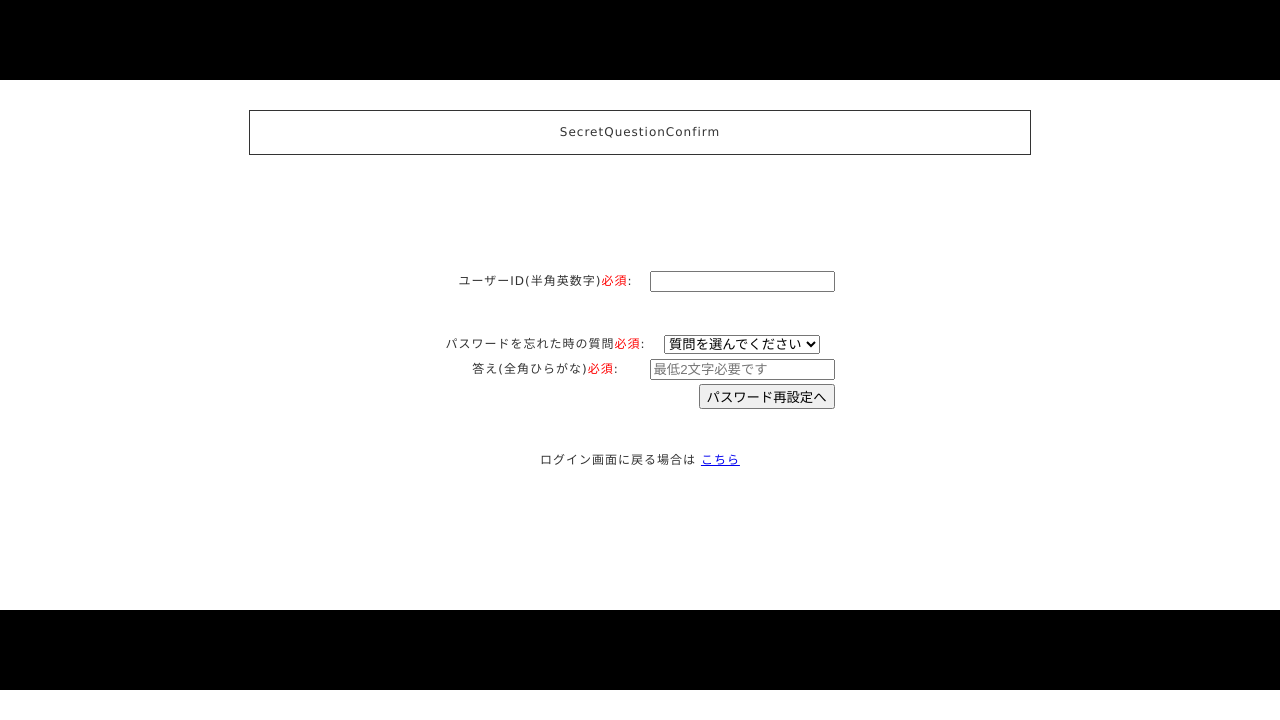
Repository: y321sudo/test2
Page: http://localhost/Yukazon/secretQuestionConfirm.jsp
The author's editor kept a copy of each file at every save. The page is drawn from the files as they stood at one save, then again after the next save.
The browser window is 1280 px wide. The pictures show the whole page.
The page is served by Tomcat 9. Other server files are loaded and not shown.

Above is the page before, as saved 2018-02-23 06:42:27.

### Yukazon/WebContent/secretQuestionConfirm.jsp
<%@ page language="java" contentType="text/html; charset=UTF-8" pageEncoding="UTF-8"%>
<%@ taglib prefix="s" uri="/struts-tags"%>
<!DOCTYPE html>
<html>
<head>
	<meta http-equiv="Content-Type" content="text/html; charset=utf-8" />
	<meta http-equiv="Content-Style-Type" content="text/css" />
	<meta http-equiv="Content-Script-Type" content="text/javascript" />
	<meta http-equiv="imagetoolbar" content="no" />
	<meta name="description" content="" />
	<meta name="keywords" content="" />

	<title>パスワードを忘れた時の質問画面</title>
	<style type="text/css">
/* ========TAG LAYOUT======== */
	body {
		margin:0;
		padding:0;
		line-height:1.6;
		letter-spacing:1px;
		font-family:Verdana, Helvetica, sans-serif;
		font-size:12px;
		color:#333;
		background:#fff;
	}
	table {
		text-align:center;
		margin:0 auto;
	}
/* ========ID LAYOUT======== */
	#top {
		width:780px;
		margin:30px auto;
		border:1px solid #333;
	}
	#header {
		width: 100%;
		height: 80px;
		background-color: black;
	}
	#main {
		width: 100%;
		height: 500px;
		text-align: center;
	}
	#footer {
		width: 100%;
		height: 80px;
		background-color: black;
		clear:both;
	}
	</style>
</head>


<body>
	<div id="header">
		<div id="pr">
		</div>
	</div>
	<div id="main">
		<div id="top">
		<p>SecretQuestionConfirm</p>
		</div>
		<div>
			<!-- PasswordSettingActionのErrorMassageが表示される -->
			<s:if test="errorMassage != ''">
				<font color="red" size="3px"><s:property value="errorMassage" escape="false" /></font>
			</s:if>
			<br><br>
			<table>
			<!-- "パスワード再設定画面へ"ボタンを押すと"PasswordSettingAction"へ -->
			<s:form action="PasswordSettingAction">
				<tr>
					<td>
						<label>ユーザーID(半角英数字)<font color="red">必須</font>:</label>
					</td>
					<td>
						<input type="text" name="loginUserId" pattern="^[0-9A-Za-z]+$" title="半角英数字でご入力ください。" required />
					</td>
				</tr>
				<tr>
					<td>
						<label><br><br>パスワードを忘れた時の質問<font color="red">必須</font>:</label>
					</td>
					<td><br><br>
						<select name="secretQuestion">
							<option value="質問を選んでください" selected="selected">質問を選んでください</option>
							<option value="好きな食べ物は？">好きな食べ物は？</option>
							<option value="小学校の名前は？">小学校の名前は？</option>
							<option value="母親の旧姓は？">母親の旧姓は？</option>
						</select>
					</td>
				</tr>
				<tr>
					<td>
						<label>答え(全角ひらがな)<font color="red">必須</font>:</label>
					</td>
					<td>
						<!-- 答えの入力制限:全角ひらがな2文字以上、入力必須項目 -->
						<input type="text" name="secretAnswer" placeholder="最低2文字必要です" pattern="^[ぁ-ん]+$" title="全角ひらがな2文字以上でご入力ください。" required />
					</td>
				</tr>
					<br><br><s:submit value="パスワード再設定へ"/>
			</s:form>
			</table>
			<br><br>
			<div>
				<span>ログイン画面に戻る場合は</span>
				<a href="http://localhost:8080/Yukazon/home.jsp">こちら</a>
			</div>
		</div>
	</div>
	<div id="footer">
	</div>
</body>
</html>

After the next save:
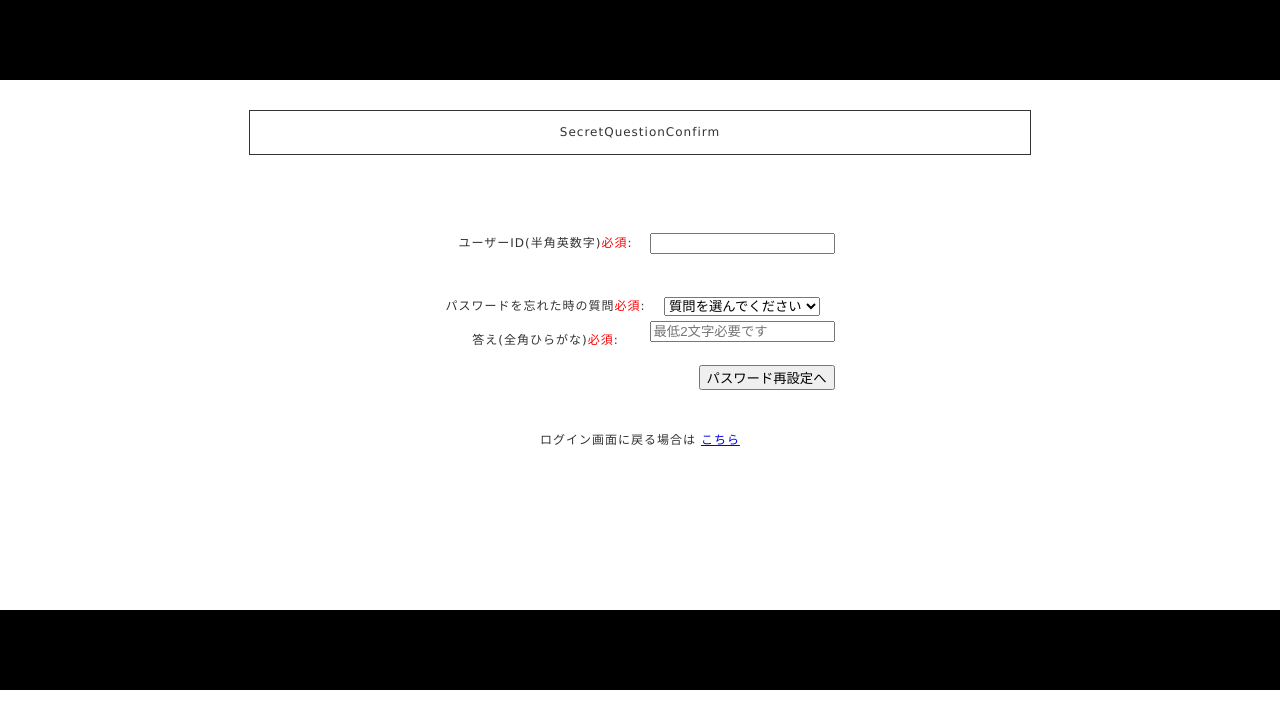
Saved 21 s later.
--- a/Yukazon/WebContent/secretQuestionConfirm.jsp
+++ b/Yukazon/WebContent/secretQuestionConfirm.jsp
@@ -99,9 +99,10 @@
 					<td>
 						<!-- 答えの入力制限:全角ひらがな2文字以上、入力必須項目 -->
 						<input type="text" name="secretAnswer" placeholder="最低2文字必要です" pattern="^[ぁ-ん]+$" title="全角ひらがな2文字以上でご入力ください。" required />
+					<br><br>
 					</td>
 				</tr>
-					<br><br><s:submit value="パスワード再設定へ"/>
+					<s:submit value="パスワード再設定へ"/>
 			</s:form>
 			</table>
 			<br><br>
